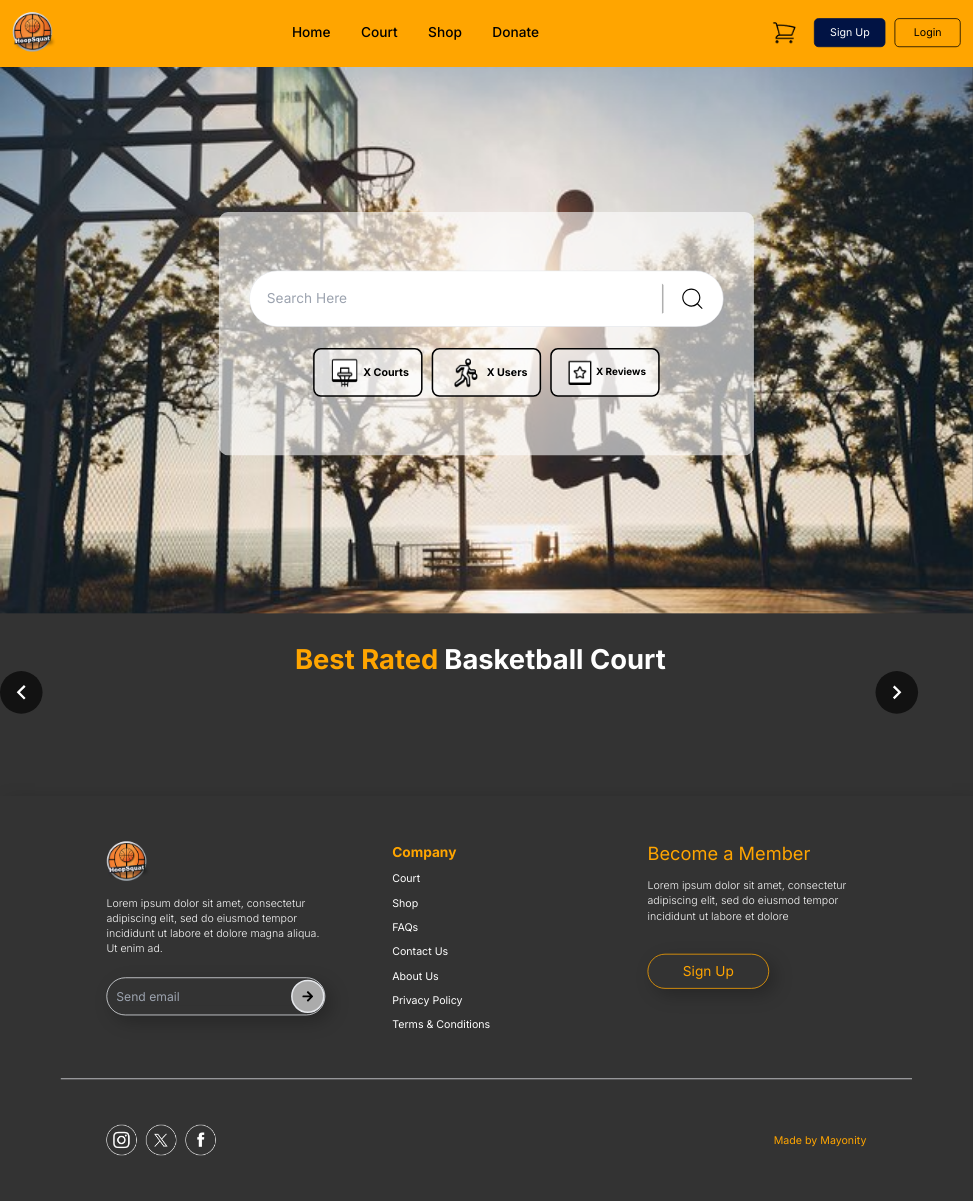
Repository: Abdul-Hannan232/basket-ball-website
Page: /
These files come from the project's save history. The page is drawn as it stood at one moment and after the next save; the edit follows.
The browser window is 1280 px wide. The pictures show the whole page, at 76% of full size.
The page's requests for data from a server got no answer. The project was rebuilt for these pictures with package versions that can differ from the ones it lists, and the page was loaded fresh each time. The framework's server and built-in components were replaced by stand-ins that run in the browser. No one was signed in, and anything a server would have sent is missing. Also part of the build but not shown: next.config.mjs, app/utils/rating.js.

Above is the page before, as saved 2024-09-15 21:38:16.

After the next save:
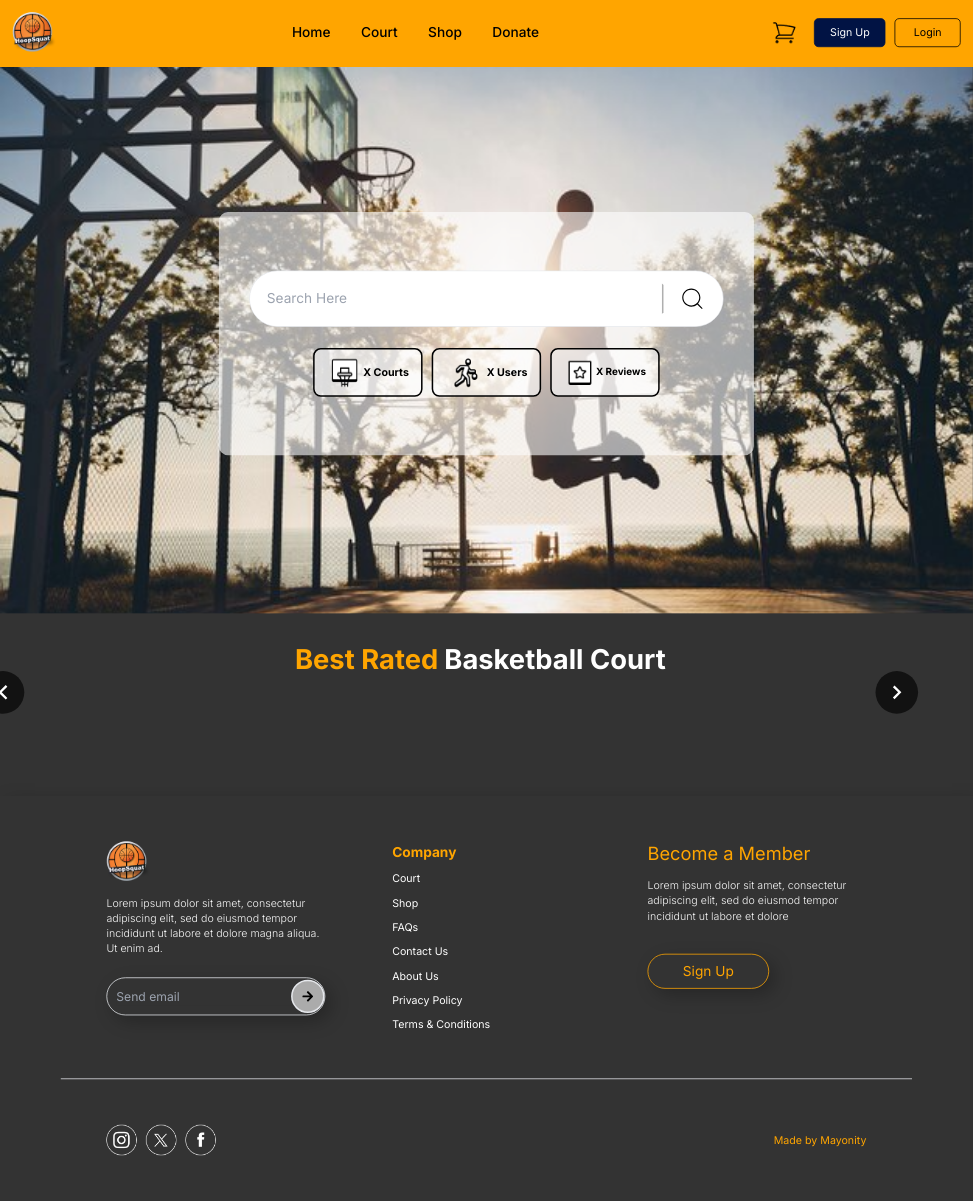
Saved 22 s later.
--- a/app/component/CourtsSlider.js
+++ b/app/component/CourtsSlider.js
@@ -131,7 +131,7 @@
 
                     </Slider>
                     <div style={{ position: 'absolute', transform: 'translateY(-50%)', zIndex: '1' }} className='2xl:top-[45%] lg:top-[65%] top-[35%] md:w-[100%] flex justify-between w-[100%] mx-auto'>
-                        <div className=' slick- slick-arrow md:-ml-14 '>
+                        <div className=' slick- slick-arrow md:-ml-20 '>
                             <div onClick={goToPrev} className='bg-[#000000A6] text-white text-7xl md:p-[10px] flex items-center justify-center cursor-pointer md:w-14 md:h-14 w-10 h-10 text-center font-bold  rounded-full'>
                                 <RiArrowLeftSLine />
                             </div>

After the save that followed:
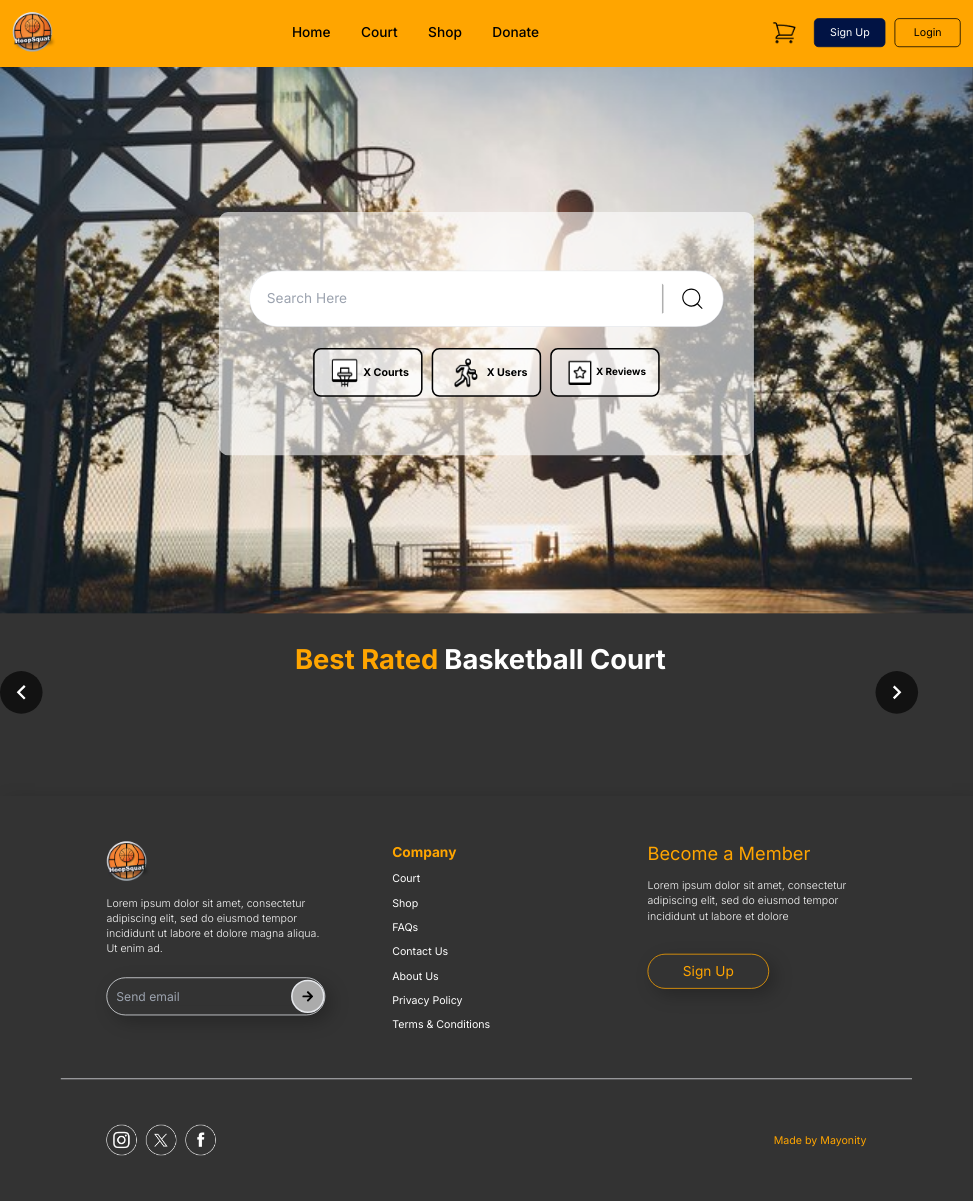
Saved 9 s later.
--- a/app/component/CourtsSlider.js
+++ b/app/component/CourtsSlider.js
@@ -131,7 +131,7 @@
 
                     </Slider>
                     <div style={{ position: 'absolute', transform: 'translateY(-50%)', zIndex: '1' }} className='2xl:top-[45%] lg:top-[65%] top-[35%] md:w-[100%] flex justify-between w-[100%] mx-auto'>
-                        <div className=' slick- slick-arrow md:-ml-20 '>
+                        <div className=' slick- slick-arrow md:-ml-14 '>
                             <div onClick={goToPrev} className='bg-[#000000A6] text-white text-7xl md:p-[10px] flex items-center justify-center cursor-pointer md:w-14 md:h-14 w-10 h-10 text-center font-bold  rounded-full'>
                                 <RiArrowLeftSLine />
                             </div>
